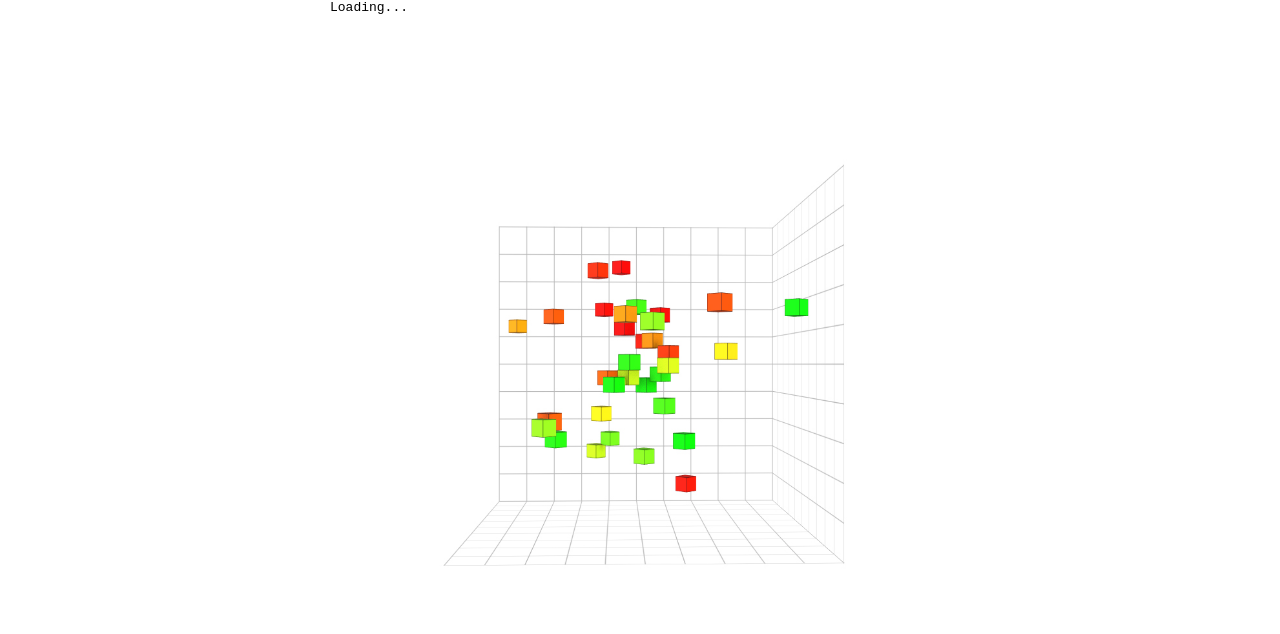
Repository: ceeskaan/ceeskaan.github.io
Page: index.html
An editor plug-in stored every save of this project. The page is shown before and after the next save, followed by the edit.
The browser window is 1280 px wide. The pictures show the window.
A layer covers the whole window, so only the first screen is drawn. Some web libraries are served in a nearby version.

Above is the page before, as saved 2022-02-09 20:56:33.
Console error (its wording comes from the project's code and is left out).

### index.html
<!DOCTYPE html>
<html>
    <head>
        <title>Crispy AI</title>
        <meta charset="utf-8" />
        <meta name="description" content="" />
        <meta name="viewport" content="width=device-width, initial-scale=1" />
        <link rel="stylesheet" href="common/main.css" />
        <script src="http://ajax.googleapis.com/ajax/libs/jquery/1.8.3/jquery.min.js"></script>
        <link rel = "icon" href =
        "icon.png"
        type = "image/x-icon">
    </head>
    <body>
        <section>
            <pre id="comments"></pre>
        </section>
        <div id="content">
            <section class="canvas-container" id="canvas-container">
                <input
                    name="frames-url"
                    type="hidden"
                    value="videos/frames/image{{id}}.jpg"
                    data-frame-start="596"
                    data-frame-end="719"
                    data-frame-id-padding="3"
                />
            </section>
        </div>
        <script>
        $(document).mousemove(function(e) {
            var percent = e.clientX / $(window).width();
           $('body, html').scrollTop($(document).height() * percent/1.283);
        });</script>
        <script src="common/utils.js"></script>
        <script src="common/scroll-observable.js"></script>
        <script src="common/canvas-frame-scrubber.js"></script>
        <script src="assets/frame-unpacker.js"></script>
        <script src="assets/main.js"></script>
    </body>
</html>

### common/main.css
html,
body {
    margin: 0;
    padding: 0 10px;
    font-family: -apple-system, BlinkMacSystemFont, 'Segoe UI', Roboto, Oxygen, Ubuntu, Cantarell, 'Open Sans',
        'Helvetica Neue', sans-serif;
    height: 3000px;
    background: rgb(255, 255, 255);
    color: rgb(0, 0, 0);
    overflow: hidden; /* Hide scrollbars */
}

* {
    margin: 0;
    padding: 0;
 }


html.home,
body.home {
    height: 100%;
}

a {
    color: #33a8ff;
}

#content {
    position: fixed;
    max-width: calc(100% - 20px);
}

.video-container,
.canvas-container {
    max-width: calc(100% - 20px);
    max-height: 80vh;
    height: auto;
}

.canvas {
    width: 100%;
    height: auto;
}

.cursor-loading {
    cursor: progress;
}

#comments {
    margin: auto;
    width: 50%;
}

### common/utils.js
// Logging
const logContainer = document.getElementById('comments');
const log = text => {
    if (logContainer) {
        logContainer.innerHTML += text + '\n';
    } else {
        console.log(text);
    }
};

// Loading indicator
const startProgress = () => {
    document.documentElement.classList.add('cursor-loading');
};

const stopProgress = () => {
    document.documentElement.classList.remove('cursor-loading');
};

// average over an array
const average = arr => {
    return (arr.reduce((a, b) => a + b, 0) / arr.length).toFixed(2);
};

// promise with timeout
const withTimeout = async (promise, timeout) => {
    return new Promise(async (resolve, reject) => {
        setTimeout(() => {
            reject(`Promise ${promise} timed out at ${timeout}ms`);
        }, timeout);

        await promise;
        resolve(promise);
    });
};

### common/scroll-observable.js
function ScrollObservable() {
    this._observers = [];

    // using RAF as a petty debounce
    let inProgress = false;
    const handler = () => {
        if (inProgress) return;
        inProgress = true;

        window.requestAnimationFrame(() => {
            this._process();

            inProgress = false;
        });
    };

    window.addEventListener('scroll', handler);
}

ScrollObservable.prototype._process = function() {
    const viewportHeight = document.documentElement.clientHeight;
    const documentHeight = document.body.clientHeight;
    const scrolled = Math.max(
        window.scrollY,
        window.pageYOffset,
        document.documentElement.scrollTop,
        document.body.scrollTop
    );

    const scrolledPercentage = Math.round((100 * (100 * scrolled)) / (documentHeight - viewportHeight)) / 100;

    this.publish(scrolledPercentage);
};

ScrollObservable.prototype.subscribe = function(observer) {
    this._observers.push(observer);
};

ScrollObservable.prototype.publish = function(value) {
    this._observers.forEach(observer => {
        observer.next(value);
    });
};

### common/canvas-frame-scrubber.js
const CanvasFrameScrubber = (() => {
    const create = (context, frames) => {
        let currentFrame = 0;

        const observer = {
            next: percentage => {
                const frameIndex = Math.floor((percentage * (frames.length - 1)) / 100);

                if (currentFrame === frameIndex) return;

                window.requestAnimationFrame(() => {
                    context.drawImage(frames[frameIndex], 0, 0);
                });
            }
        };

        return observer;
    };

    return {
        create: create
    };
})();

### assets/frame-unpacker.js
const FrameUnpacker = (() => {
    const unpack = async options => {
        const urlPattern = options.urlPattern,
            start = options.start,
            end = options.end,
            padding = options.padding;

        const bitmaps = [];
        const calls = [];

        const timeStart = performance.now();

        // download each frame image and prep it up
        for (let index = start; index <= end; index++) {
            const id = index.toString().padStart(padding, '0');
            const url = urlPattern.replace('{{id}}', id);

            calls.push(
                fetch(url).then(res =>
                    res
                        .blob()
                        .then(blob =>
                            createImageBitmap(blob).then(bitmap => bitmaps.push({ id: index, bitmap: bitmap }))
                        )
                )
            );
        }

        // wait for all the downloads to finish... (a more eager implementation that starts putting
        // the scrubbing as soon as the first few frames are downloaded can also be done, but we'll
        // keep thing s simple for now)
        await Promise.all(calls);

        // sort the downloaded frame bitmaps in order, they could have been downloaded haphazardly
        bitmaps.sort((a, b) => {
            return a.id - b.id;
        });

        // once that's done, construct an array of just frames that would be returned
        const frames = [];
        bitmaps.map(bitmap => frames.push(bitmap.bitmap));

        const timeDelta = performance.now() - timeStart;

        return frames;
    };

    return {
        unpack: unpack
    };
})();

### assets/main.js
(async () => {
    startProgress();

    const videoContainer = document.querySelector('#canvas-container');
    const framesUrlElement = document.querySelector('input[name="frames-url"]');
    if (!videoContainer || !framesUrlElement) {
        throw new Error('Element missing!');
    }

    const framesUrlPattern = framesUrlElement.value;
    const framesUrlStart = parseInt(framesUrlElement.dataset.frameStart, 10);
    const framesUrlEnd = parseInt(framesUrlElement.dataset.frameEnd, 10);
    const framesIdPadding = parseInt(framesUrlElement.dataset.frameIdPadding, 10);

    log('Loading...');

    const startTime = Date.now();

    const frames = await FrameUnpacker.unpack({
        urlPattern: framesUrlPattern,
        start: framesUrlStart,
        end: framesUrlEnd,
        padding: framesIdPadding
    });

    const endTime = Date.now();



    const canvas = document.createElement('canvas');
    canvas.classList.add('canvas');
    canvas.height = frames[0].height;
    canvas.width = frames[0].width;
    const context = canvas.getContext('2d');
    context.drawImage(frames[0], 0, 0);

    videoContainer.appendChild(canvas);



    const observer = CanvasFrameScrubber.create(context, frames);

    const observable = new ScrollObservable();
    observable.subscribe(observer);


    stopProgress();
})();

After the next save:
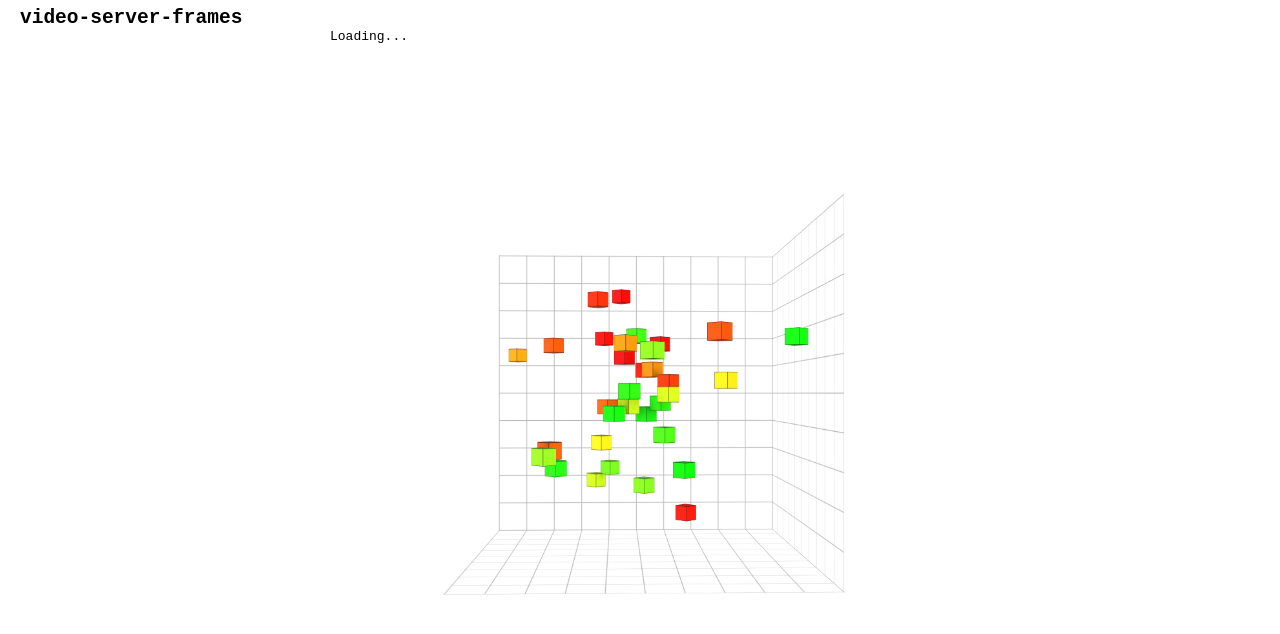
Saved 31 s later.
--- a/index.html
+++ b/index.html
@@ -12,9 +12,12 @@
         type = "image/x-icon">
     </head>
     <body>
-        <section>
-            <pre id="comments"></pre>
-        </section>
+        <h2>
+                <code>video-server-frames</code>
+            </h2>
+            <section>
+                <pre id="comments"></pre>
+            </section>
         <div id="content">
             <section class="canvas-container" id="canvas-container">
                 <input
